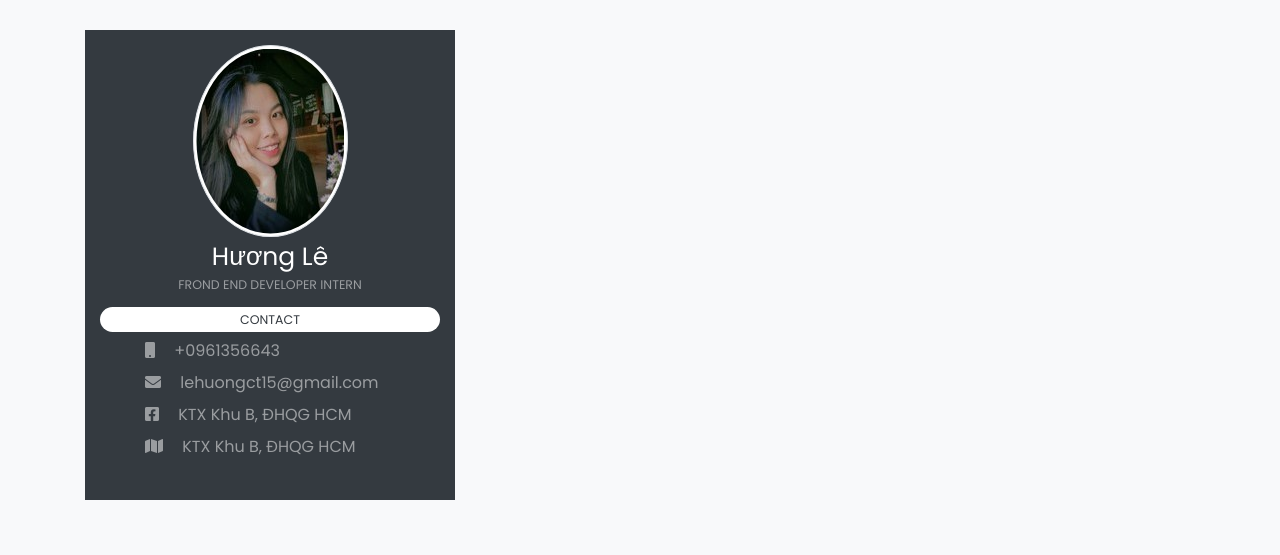
Repository: huongle158/cvhuongle
Page: index.html
These files come from the project's save history. The page is drawn as it stood at one moment and after the next save; the edit follows.
The browser window is 1280 px wide. The pictures show the whole page.
Some web libraries are served in a nearby version.

Above is the page before, as saved 2021-12-12 23:21:25.

### index.html
<!DOCTYPE html>
<html lang="en">
  <head>
    <title>Resume</title>
    <link
      href="https://fonts.googleapis.com/css2?family=Poppins:wght@400;600&display=swap"
      rel="stylesheet"
    />
    <link rel="stylesheet" href="https://cdnjs.cloudflare.com/ajax/libs/font-awesome/5.10.0/css/all.min.css" integrity="sha512-PgQMlq+nqFLV4ylk1gwUOgm6CtIIXkKwaIHp/PAIWHzig/lKZSEGKEysh0TCVbHJXCLN7WetD8TFecIky75ZfQ==" crossorigin="anonymous" referrerpolicy="no-referrer" />
    <!-- Required meta tags -->
    <meta charset="utf-8" />
    <meta
      name="viewport"
      content="width=device-width, initial-scale=1, shrink-to-fit=no"
    />

    <!-- Bootstrap CSS -->
    <link
      rel="stylesheet"
      href="https://stackpath.bootstrapcdn.com/bootstrap/4.3.1/css/bootstrap.min.css"
      integrity="sha384-ggOyR0iXCbMQv3Xipma34MD+dH/1fQ784/j6cY/iJTQUOhcWr7x9JvoRxT2MZw1T"
      crossorigin="anonymous"
    />
    <link rel="stylesheet" href="./assets/css/style.css" />
  </head>
  <body class="bg-light">
    <div class="container p-5">
      <div class="row">

        <div class="col-lg-4 bg-dark text-white text-center py-4">
          <div class="header-left">
            <img
              src="./assets/img/188108614_380364193279457_3096500343222530064_n (1).jpg"
              alt=""
              class="img-thumbnail rounded-circle mb-2"
            />
            <h1 class="display-5">Hương Lê</h1>
            <h4 class="lead text-uppercase text-white-50 mb-4">
              Frond End Developer Intern
            </h4>
          </div>

          <div>
              <h5 class="text-uppercase bg-white text-dark py-2 rounded-pill">contact</h5>
              <ul class="list-unstyled text-white-50 ml-5 py-2 text-left">
                  <li class="list-item mb-4">
                      <i class="fa fa-mobile mx-4"></i>
                      +0961356643
                  </li>
                  <li class="list-item mb-4">
                      <i class="fa fa-envelope mx-4"></i>
                      lehuongct15@gmail.com
                  </li>
                  <li class="list-item mb-4">
                      <i class="fab fa-facebook-square mx-4"></i>
                      KTX Khu B, ĐHQG HCM
                  </li>
                  <li class="list-item mb-4">
                      <i class="fa fa-map mx-4"></i>
                      KTX Khu B, ĐHQG HCM
                  </li>

              </ul>
          </div>



        </div>

        <div class="col-lg-8 bg-light text-dark py-4 px-5"></div>
      </div>
    </div>

    <!-- Optional JavaScript -->
    <!-- jQuery first, then Popper.js, then Bootstrap JS -->
    <script
      src="https://code.jquery.com/jquery-3.3.1.slim.min.js"
      integrity="sha384-q8i/X+965DzO0rT7abK41JStQIAqVgRVzpbzo5smXKp4YfRvH+8abtTE1Pi6jizo"
      crossorigin="anonymous"
    ></script>
    <script
      src="https://cdnjs.cloudflare.com/ajax/libs/popper.js/1.14.7/umd/popper.min.js"
      integrity="sha384-UO2eT0CpHqdSJQ6hJty5KVphtPhzWj9WO1clHTMGa3JDZwrnQq4sF86dIHNDz0W1"
      crossorigin="anonymous"
    ></script>
    <script
      src="https://stackpath.bootstrapcdn.com/bootstrap/4.3.1/js/bootstrap.min.js"
      integrity="sha384-JjSmVgyd0p3pXB1rRibZUAYoIIy6OrQ6VrjIEaFf/nJGzIxFDsf4x0xIM+B07jRM"
      crossorigin="anonymous"
    ></script>
  </body>
</html>

### assets/css/style.css
html {
  box-sizing: border-box;
  font-family: 'Roboto', sans-serif;
}
* {
  margin: 0;
  padding: 0;
}
*,
*:before,
*:after {
  box-sizing: border-box;
}
input,
textarea,
select,
button {
  outline: none;
}
input {
  line-height: normal;
}
label,
button {
  cursor: pointer;
}
a {
  text-decoration: none;
}
img {
  display: block;
  max-width: 100%;
}
*,
*:before,
*:after {
  box-sizing: border-box;
}
/* using rem unit */
html {
  font-size: 62.5%;
}
a {
  text-decoration: none;
}
img {
  display: block;
  max-width: 100%;
}
body {
  font-family: "Poppins", sans-serif;
  font-size: 16px;
  line-height: 1;
}
/*  */
img.rounded-circle{
margin: 0 auto;
}

After the next save:
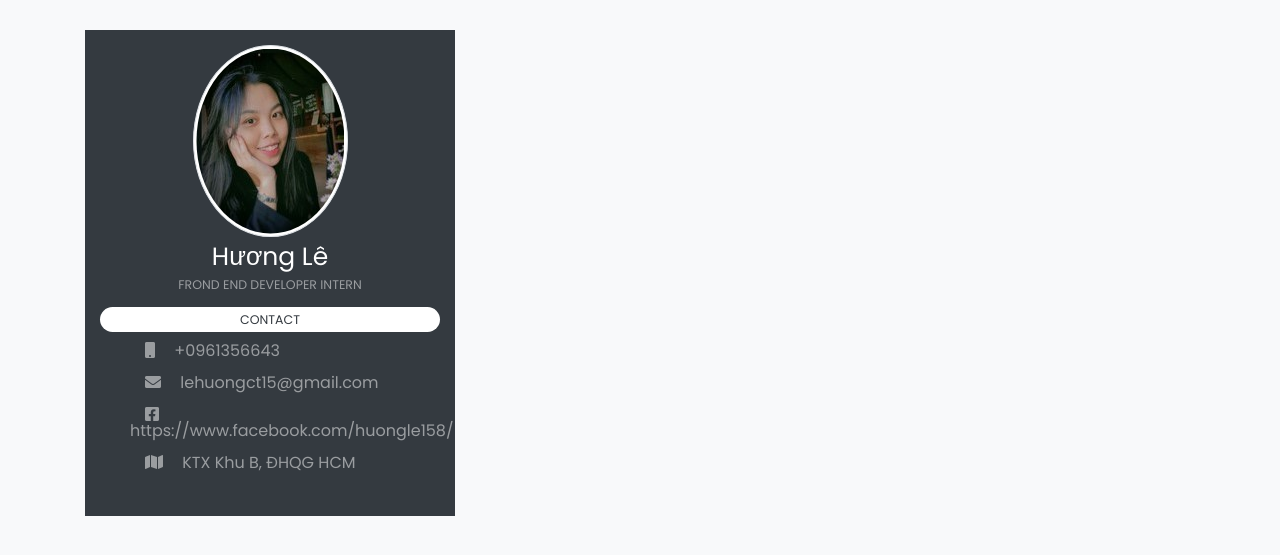
Saved 52 s later.
--- a/index.html
+++ b/index.html
@@ -53,7 +53,7 @@
                   </li>
                   <li class="list-item mb-4">
                       <i class="fab fa-facebook-square mx-4"></i>
-                      KTX Khu B, ĐHQG HCM
+                      https://www.facebook.com/huongle158/
                   </li>
                   <li class="list-item mb-4">
                       <i class="fa fa-map mx-4"></i>
